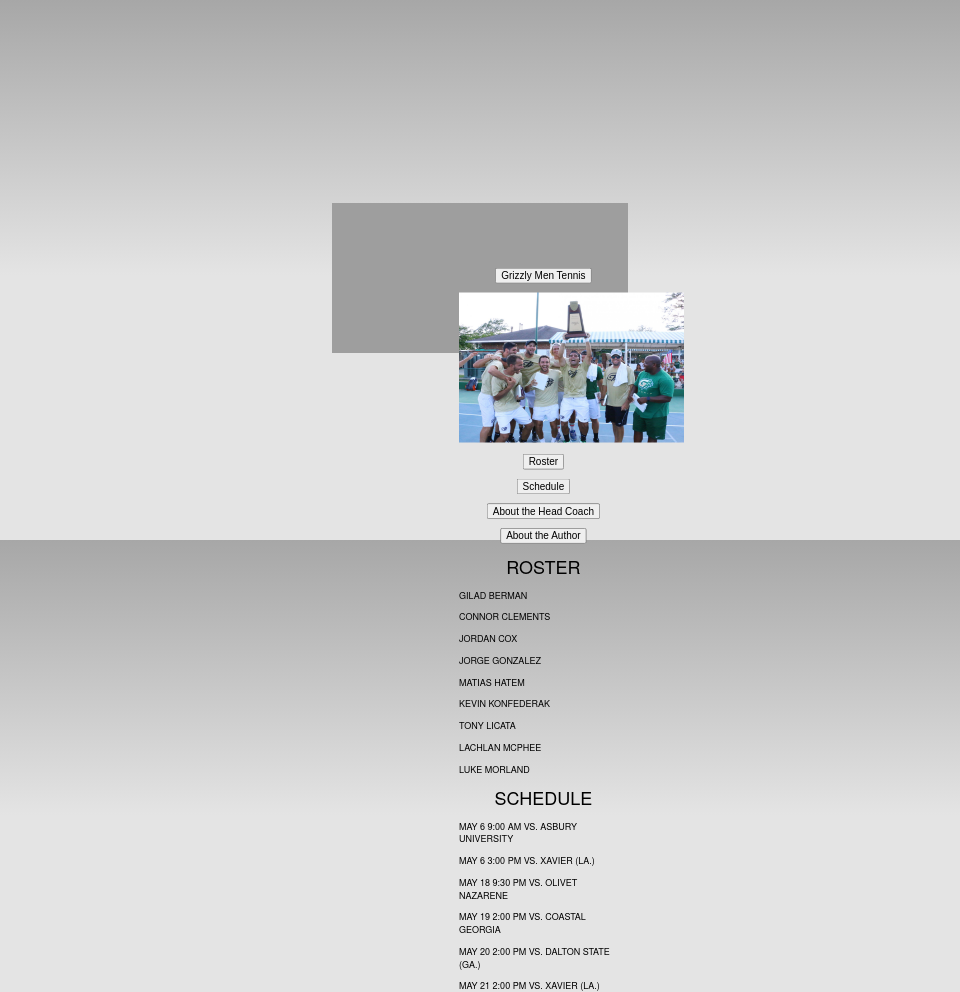
Repository: qtran3/itec4550
Page: EXAM1/TennisAppWebView/index.html
These files come from the project's save history. The page is drawn as it stood at one moment and after the next save; the edit follows.
The browser window is 1280 px wide. The pictures show the whole page, at 75% of full size.
Pictures or frames that could not be fetched are drawn as grey boxes. Backgrounds fixed to the window are drawn as part of the page.

Above is the page before, as saved 2016-06-01 16:35:51.

### EXAM1/TennisAppWebView/index.html
<!DOCTYPE html>
<!--
    Licensed to the Apache Software Foundation (ASF) under one
    or more contributor license agreements.  See the NOTICE file
    distributed with this work for additional information
    regarding copyright ownership.  The ASF licenses this file
    to you under the Apache License, Version 2.0 (the
    "License"); you may not use this file except in compliance
    with the License.  You may obtain a copy of the License at

    http://www.apache.org/licenses/LICENSE-2.0

    Unless required by applicable law or agreed to in writing,
    software distributed under the License is distributed on an
    "AS IS" BASIS, WITHOUT WARRANTIES OR CONDITIONS OF ANY
     KIND, either express or implied.  See the License for the
    specific language governing permissions and limitations
    under the License.
-->
<html>
    <head>
        <!--
        Customize this policy to fit your own app's needs. For more guidance, see:
            https://github.com/apache/cordova-plugin-whitelist/blob/master/README.md#content-security-policy
        Some notes:
            * gap: is required only on iOS (when using UIWebView) and is needed for JS->native communication
            * https://ssl.gstatic.com is required only on Android and is needed for TalkBack to function properly
            * Disables use of inline scripts in order to mitigate risk of XSS vulnerabilities. To change this:
                * Enable inline JS: add 'unsafe-inline' to default-src
        -->
        <meta http-equiv="Content-Security-Policy" content="default-src 'self' data: gap: https://ssl.gstatic.com 'unsafe-eval'; style-src 'self' 'unsafe-inline'; media-src *">
        <meta name="format-detection" content="telephone=no">
        <meta name="msapplication-tap-highlight" content="no">
        <meta name="viewport" content="user-scalable=no, initial-scale=1, maximum-scale=1, minimum-scale=1, width=device-width">
        <link rel="stylesheet" type="text/css" href="css/index.css">
        <title>Grizzly Men Tennis</title>
    </head>
    <body>
        <div class="app">
        	<div id="mainPage" align="center">
            	<p> <button id="homePagebuutton">Grizzly Men Tennis</button></p>
				<p>
				  <img src="img/Tennis-10.jpg" height="200px" width="300px" />
				</p>
				<p>
					<button id="rosterButton">Roster</button>
				</p>
				<p>
					<button id="scheduleButton">Schedule</button>
				</p>
				<p>
					<button id="coachButton">About the Head Coach</button>
				</p>
				<p>
					<button id="authorButton">About the Author</button>
				</p>
			</div>

			<div id="rosterPage">
				<h1 align="center">Roster</h1>
				<div align="left">
					<p>Gilad Berman</p>
					<p>Connor Clements</p>
					<p>Jordan Cox</p>
					<p>Jorge Gonzalez</p>
					<p>Matias Hatem</p>
					<p>Kevin Konfederak</p>
					<p>Tony Licata</p>
					<p>Lachlan McPhee</p>
					<p>Luke Morland</p>
				</div>

				<div id="schedulePage">
					<h1 align="center"> Schedule</h1>
					<div align="left">
						<p>May  6 9:00 AM	 vs. Asbury University</p>
						<p>May  6 3:00 PM	 vs. Xavier (La.)</p>
						<p>May 18 9:30 PM	 vs. Olivet Nazarene </p>
						<p>May 19 2:00 PM	 vs. Coastal Georgia</p>
						<p>May 20 2:00 PM	 vs. Dalton State (Ga.)</p>
						<p>May 21 2:00 PM	 vs. Xavier (La.)</p>
					</div>
				</div>

				<div id="coachPage">

				</div>

            </div>

        </div>

<!--
        <script type="text/javascript" src="cordova.js"></script>
-->
        <script type="text/javascript" src="js/index.js"></script>
    </body>
</html>

### EXAM1/TennisAppWebView/css/index.css
/*
 * Licensed to the Apache Software Foundation (ASF) under one
 * or more contributor license agreements.  See the NOTICE file
 * distributed with this work for additional information
 * regarding copyright ownership.  The ASF licenses this file
 * to you under the Apache License, Version 2.0 (the
 * "License"); you may not use this file except in compliance
 * with the License.  You may obtain a copy of the License at
 *
 * http://www.apache.org/licenses/LICENSE-2.0
 *
 * Unless required by applicable law or agreed to in writing,
 * software distributed under the License is distributed on an
 * "AS IS" BASIS, WITHOUT WARRANTIES OR CONDITIONS OF ANY
 * KIND, either express or implied.  See the License for the
 * specific language governing permissions and limitations
 * under the License.
 */
* {
    -webkit-tap-highlight-color: rgba(0,0,0,0); /* make transparent link selection, adjust last value opacity 0 to 1.0 */
}

body {
    -webkit-touch-callout: none;                /* prevent callout to copy image, etc when tap to hold */
    -webkit-text-size-adjust: none;             /* prevent webkit from resizing text to fit */
    -webkit-user-select: none;                  /* prevent copy paste, to allow, change 'none' to 'text' */
    background-color:#E4E4E4;
    background-image:linear-gradient(top, #A7A7A7 0%, #E4E4E4 51%);
    background-image:-webkit-linear-gradient(top, #A7A7A7 0%, #E4E4E4 51%);
    background-image:-ms-linear-gradient(top, #A7A7A7 0%, #E4E4E4 51%);
    background-image:-webkit-gradient(
        linear,
        left top,
        left bottom,
        color-stop(0, #A7A7A7),
        color-stop(0.51, #E4E4E4)
    );
    background-attachment:fixed;
    font-family:'HelveticaNeue-Light', 'HelveticaNeue', Helvetica, Arial, sans-serif;
    font-size:12px;
    height:100%;
    margin:0px;
    padding:0px;
    text-transform:uppercase;
    width:100%;
}

/* Portrait layout (default) */
.app {
    background:url(../img/logo.png) no-repeat center top; /* 170px x 200px */
    position:absolute;             /* position in the center of the screen */
    left:50%;
    top:50%;
    height:50px;                   /* text area height */
    width:225px;                   /* text area width */
    text-align:center;
    padding:180px 0px 0px 0px;     /* image height is 200px (bottom 20px are overlapped with text) */
    margin:-115px 0px 0px -112px;  /* offset vertical: half of image height and text area height */
                                   /* offset horizontal: half of text area width */
}

/* Landscape layout (with min-width) */
@media screen and (min-aspect-ratio: 1/1) and (min-width:400px) {
    .app {
        background-position:left center;
        padding:75px 0px 75px 170px;  /* padding-top + padding-bottom + text area = image height */
        margin:-90px 0px 0px -198px;  /* offset vertical: half of image height */
                                      /* offset horizontal: half of image width and text area width */
    }
}

h1 {
    font-size:24px;
    font-weight:normal;
    margin:0px;
    overflow:visible;
    padding:0px;
    text-align:center;
}

.event {
    border-radius:4px;
    -webkit-border-radius:4px;
    color:#FFFFFF;
    font-size:12px;
    margin:0px 30px;
    padding:2px 0px;
}

.event.listening {
    background-color:#333333;
    display:block;
}

.event.received {
    background-color:#4B946A;
    display:none;
}

@keyframes fade {
    from { opacity: 1.0; }
    50% { opacity: 0.4; }
    to { opacity: 1.0; }
}

@-webkit-keyframes fade {
    from { opacity: 1.0; }
    50% { opacity: 0.4; }
    to { opacity: 1.0; }
}

.blink {
    animation:fade 3000ms infinite;
    -webkit-animation:fade 3000ms infinite;
}

Loaded but not shown: EXAM1/TennisAppWebView/js/index.js (common file)

After the next save:
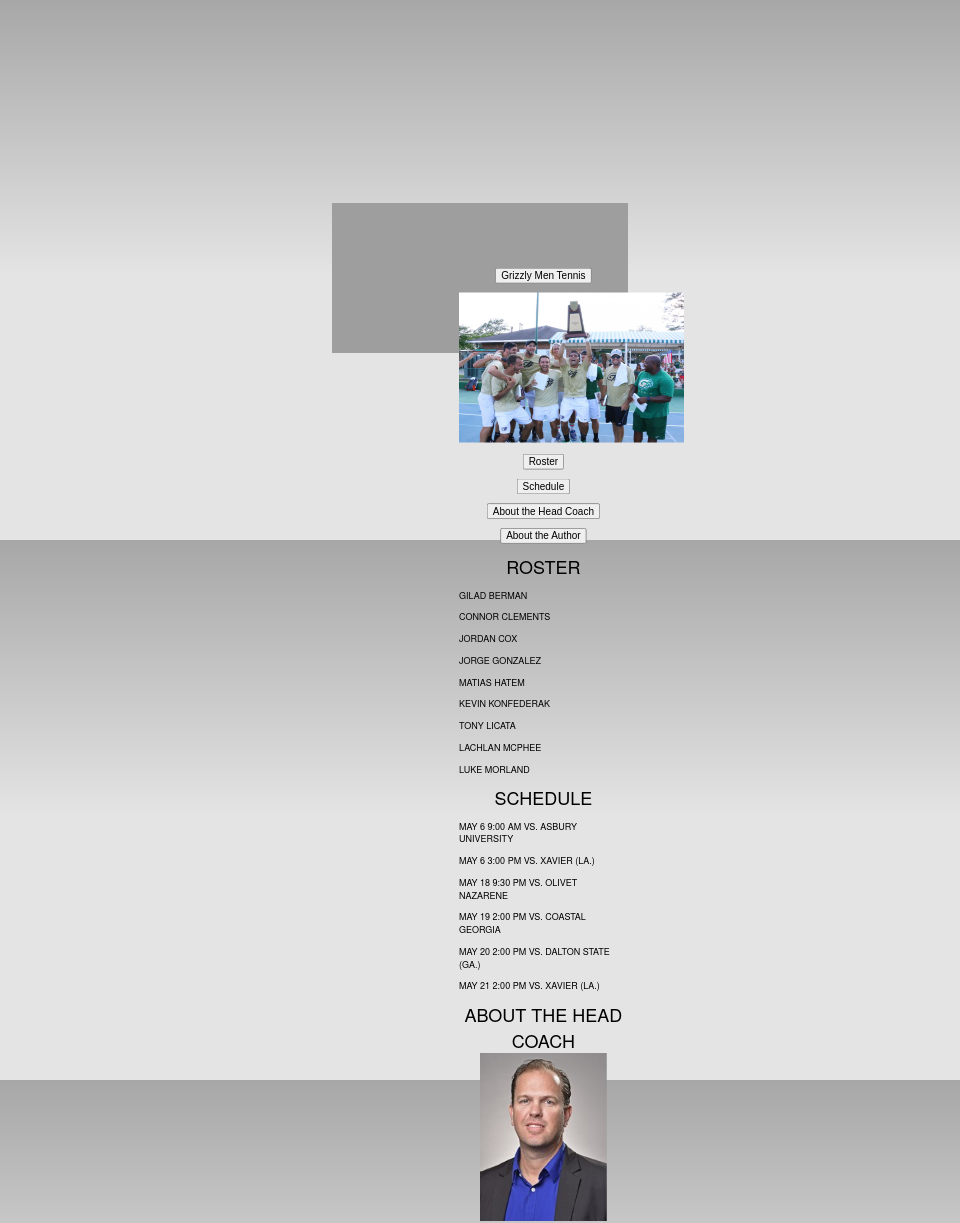
Saved 2 min 41 s later.
--- a/EXAM1/TennisAppWebView/index.html
+++ b/EXAM1/TennisAppWebView/index.html
@@ -83,6 +83,8 @@
 				</div>
 
 				<div id="coachPage">
+					<h1 align="center">About the Head Coach</h1>
+					<img src="img/chase_hodges_1142_mtn.jpg">
 
 				</div>
 
